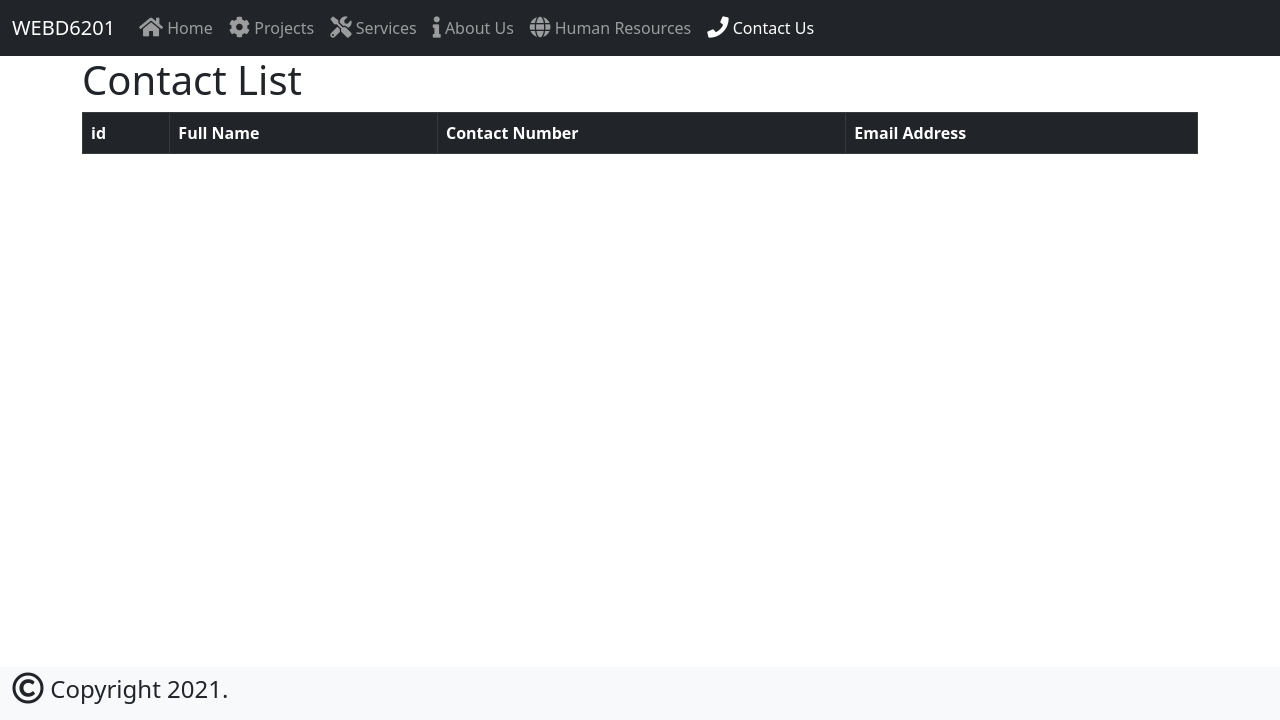
Repository: YiuWingLau/WEBD6201-W2021-Lab1
Page: contact-list.html
These files come from the project's save history. The page is drawn as it stood at one moment and after the next save; the edit follows.
The browser window is 1280 px wide. The pictures show the whole page.

Above is the page before, as saved 2021-02-04 03:09:25.

After the next save:
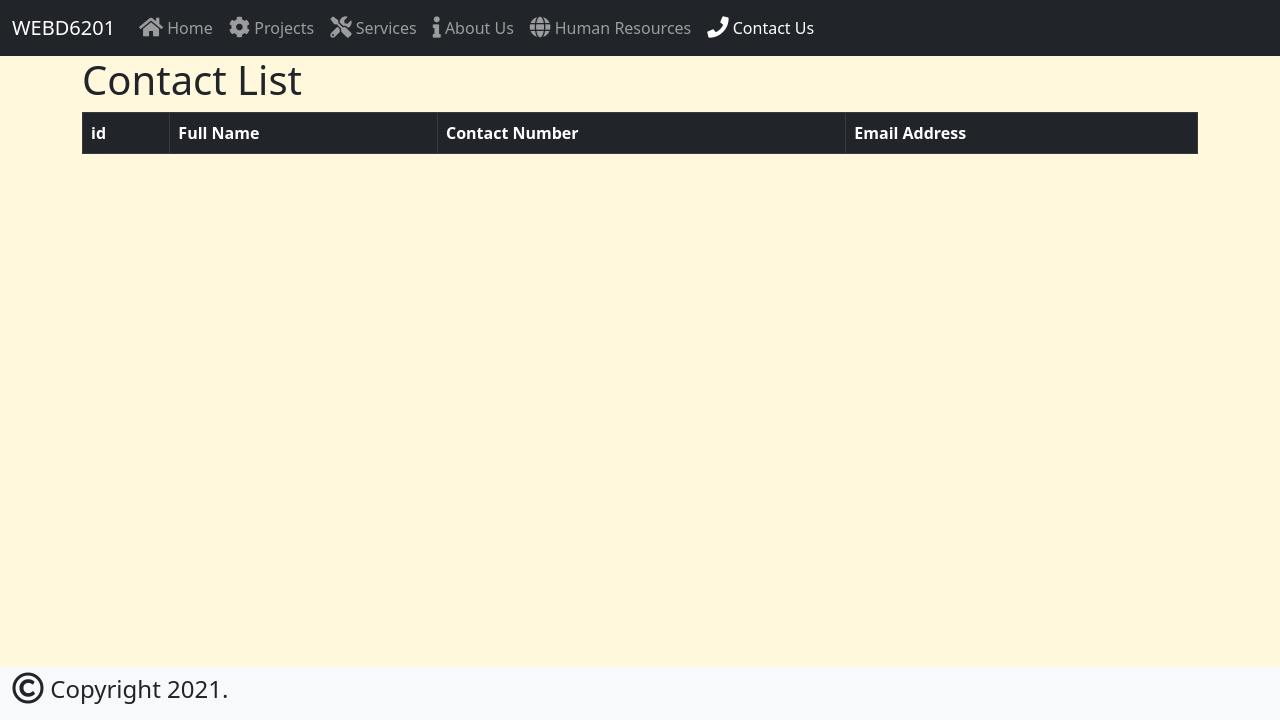
Saved 2 min 10 s later.
--- a/Content/app.css
+++ b/Content/app.css
@@ -2,8 +2,10 @@ p {
     color: blue;
 }
 
+body {
+    background-color: cornsilk;
+}
 #homepic {
     width: 1000px;
     height: 600px;
-    content: '\F0266';
 }
